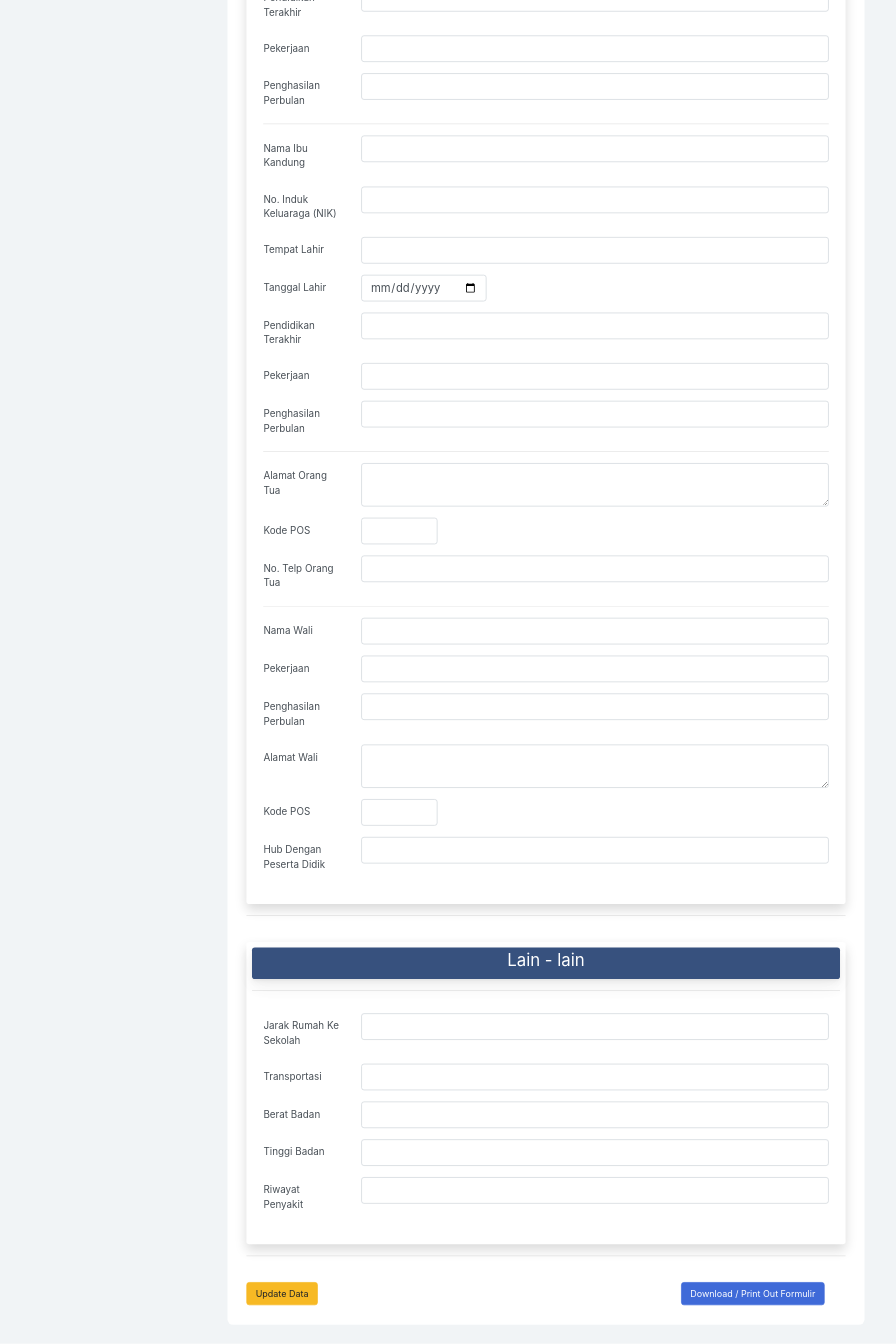
Repository: nooravipp-ux/ppdb-v-2
Page: resources/views/student/biodata.blade.php
The author's editor kept a copy of each file at every save. The page is drawn from the files as they stood at one save, then again after the next save.
The browser window is 1280 px wide. The pictures show the part of the page from y = 2291 to 4211 px (the page is 4211 px tall), at 70% of full size.
The page is served by the project's Laravel application, run on PHP 8.4 with Laravel 8. The first stored user is signed in. The database holds what the project's SQL file puts in it. The template is opened directly, without the code that normally fills it, so the values that code supplies are empty.

Above is the page before, as saved 2021-08-27 10:07:44.
Console error: TypeError: Cannot read properties of undefined (reading 'disp')

After the next save:
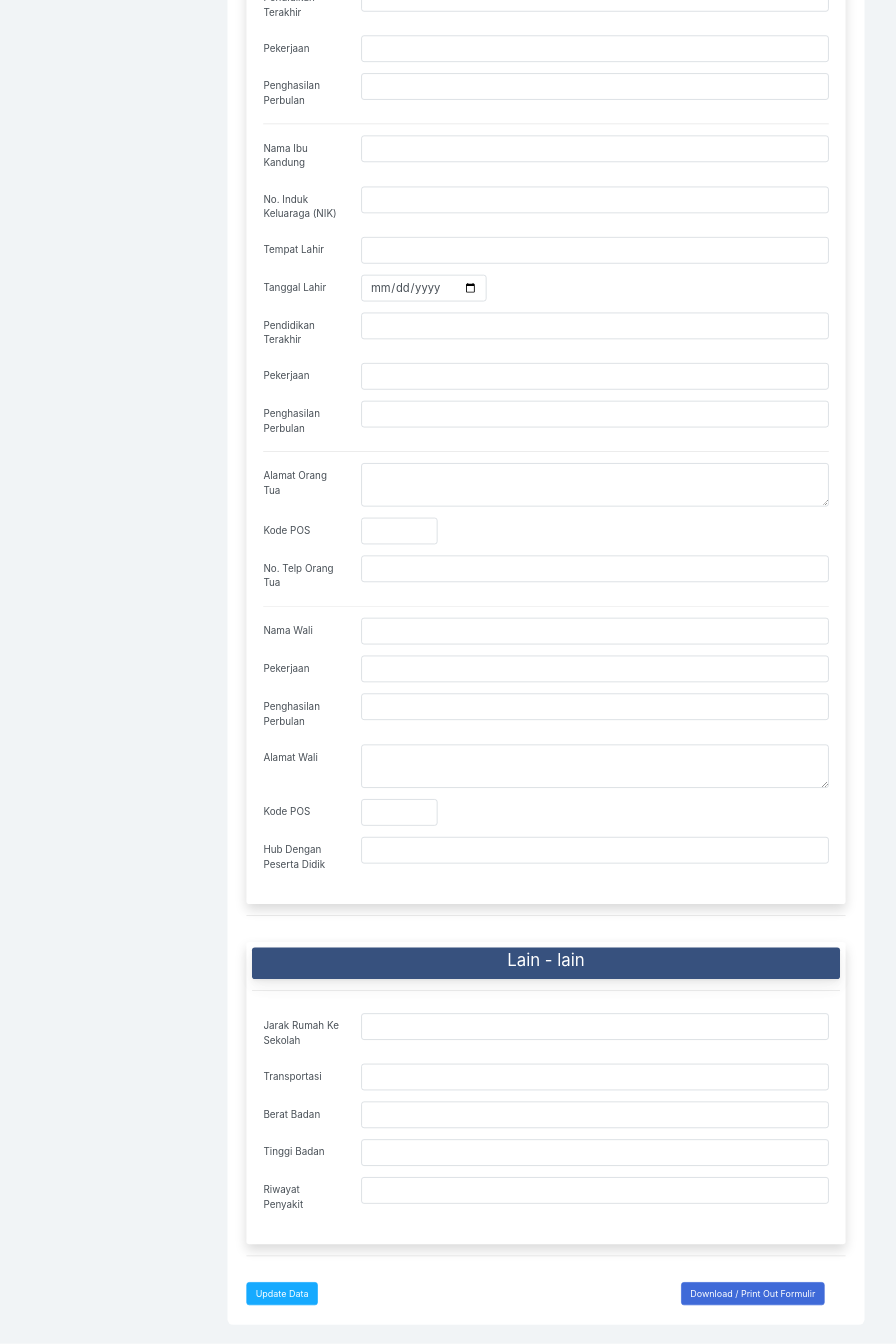
Saved 6 s later.
--- a/resources/views/student/biodata.blade.php
+++ b/resources/views/student/biodata.blade.php
@@ -513,7 +513,7 @@
             <br>
 
             <div class=" container row text-center">
-                <button type="submit" class="btn btn-warning">Update Data</button> <hr>
+                <button type="submit" class="btn btn-info">Update Data</button> <hr>
                 <button class="btn btn-primary"> Download / Print Out Formulir</button>
             </div>
 
